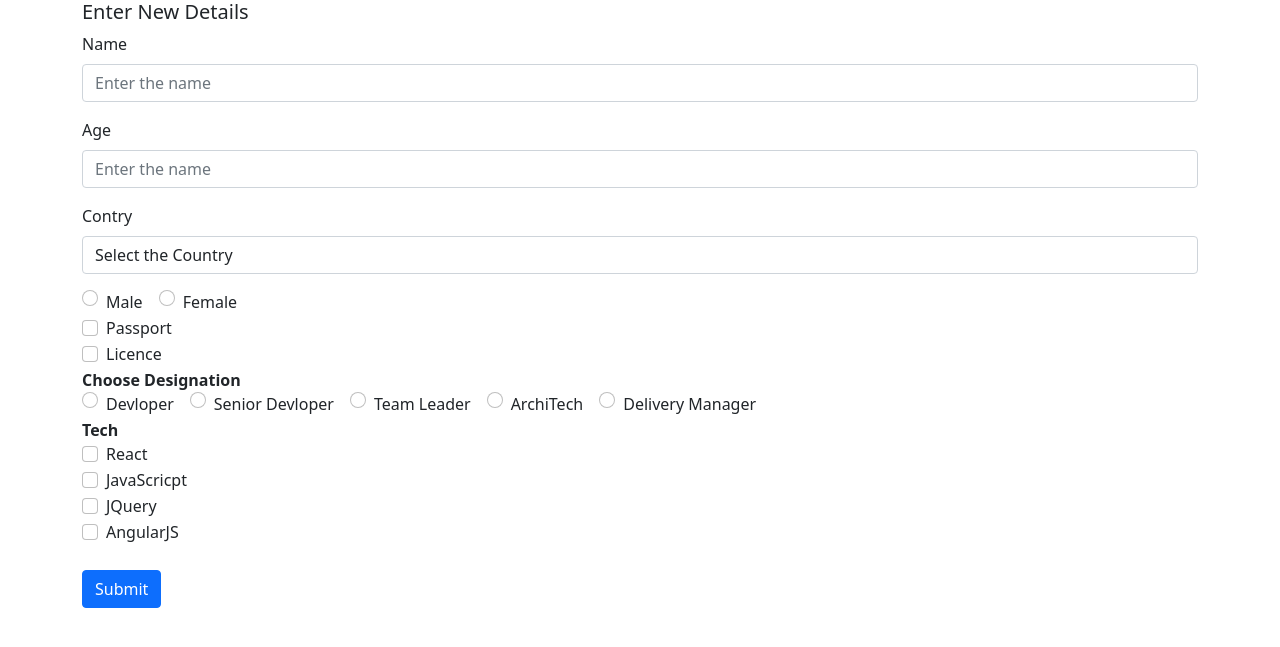
Repository: Sanjayjangra88/combo_app
Page: /
An editor plug-in stored every save of this project. The page is shown before and after the next save, followed by the edit.
The browser window is 1280 px wide. The pictures show the whole page.
Some web libraries are served in a nearby version. The project was rebuilt for these pictures with package versions that can differ from the ones it lists, and the page was loaded fresh each time. Also part of the build but not shown: src/App.js.

Above is the page before, as saved 2022-06-02 14:56:33.

After the next save:
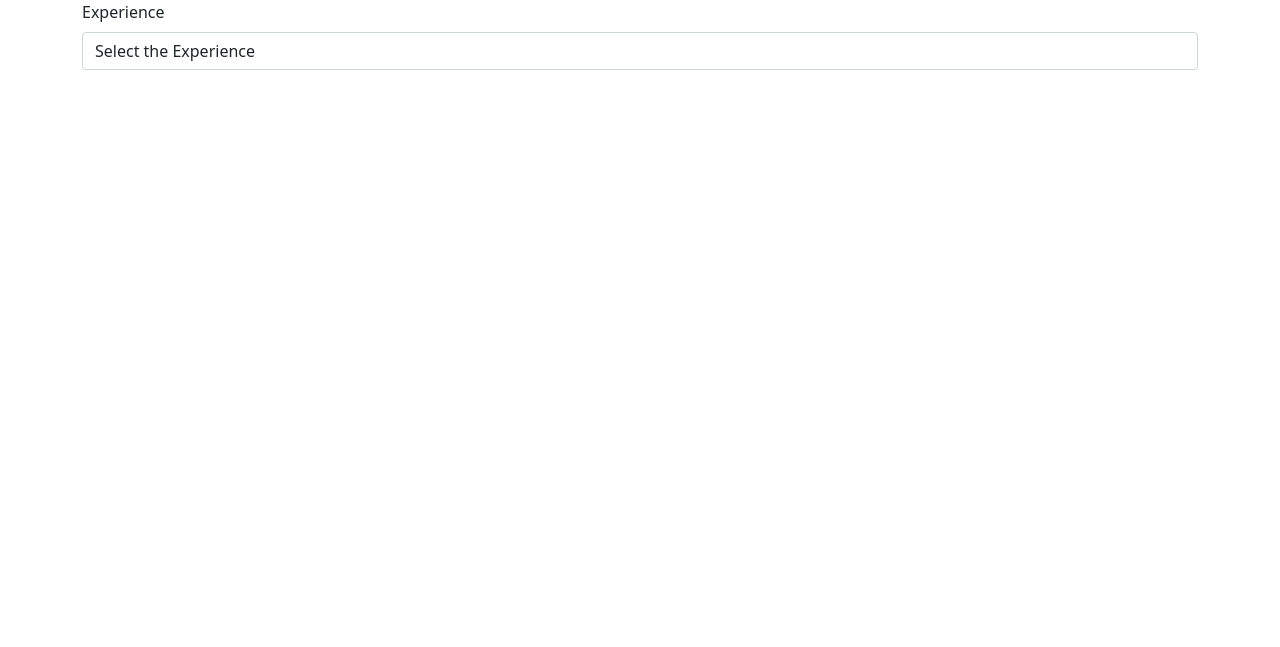
Saved 16 s later.
--- a/src/index.js
+++ b/src/index.js
@@ -5,11 +5,11 @@ import App from './App';
 import reportWebVitals from './reportWebVitals';
 import 'bootstrap/dist/css/bootstrap.min.css';
 
-import DropDown2 from './Components/dropDown2';
+import DropDown5 from './Components/dropDown5';
 
 ReactDOM.render(
   <React.StrictMode>
-    <DropDown2/>
+    <DropDown5/>
   </React.StrictMode>,
   document.getElementById('root')
 );
